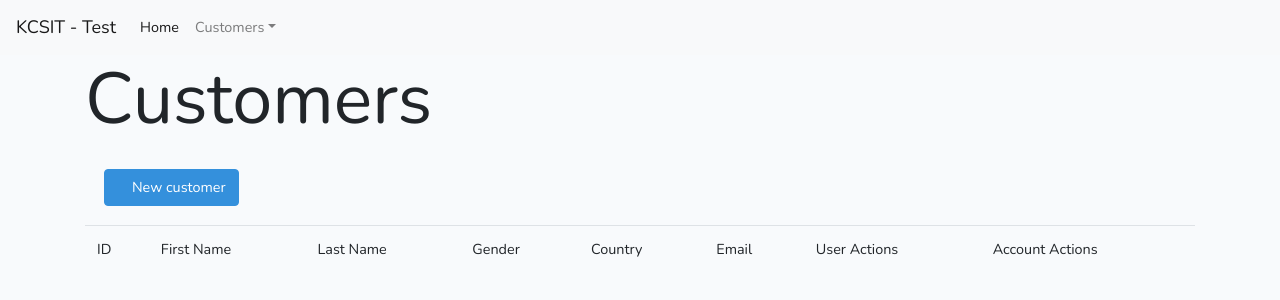
Repository: GilmarBrito/kcsit
Page: http://localhost/customers
The author's editor kept a copy of each file at every save. The page is drawn from the files as they stood at one save, then again after the next save.
The browser window is 1280 px wide. The pictures show the whole page.
The page is served by the project's Laravel application, run on PHP 8.4 with Laravel 8. Style sheets and scripts are compiled from the project's sources, by tool versions that may differ from the author's. Queries for data that is not in the repository find no rows.

Above is the page before, as saved 2020-03-08 17:01:38.

After the next save:
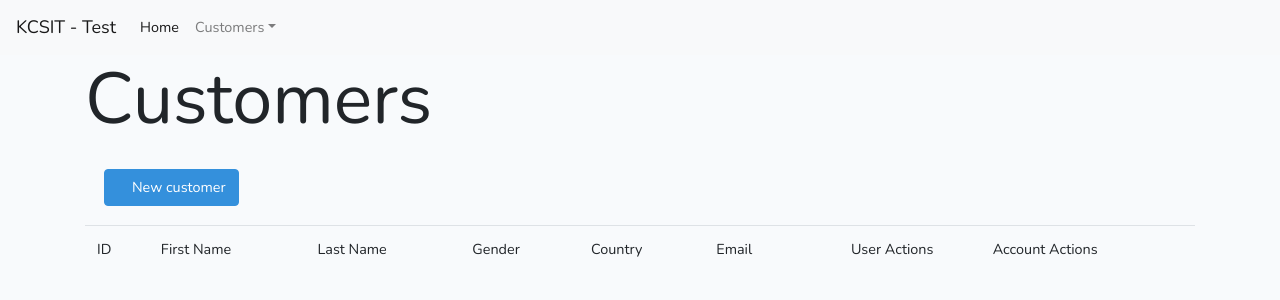
Saved 53 s later.
--- a/resources/views/customers/index.blade.php
+++ b/resources/views/customers/index.blade.php
@@ -24,7 +24,7 @@
                     <td>Gender</td>
                     <td>Country</td>
                     <td>Email</td>
-                    <td colspan="2">User Actions</td>
+                    <td colspan="2" class="text-center">User Actions</td>
                     <td colspan="2">Account Actions</td>
                 </tr>
             </thead>
